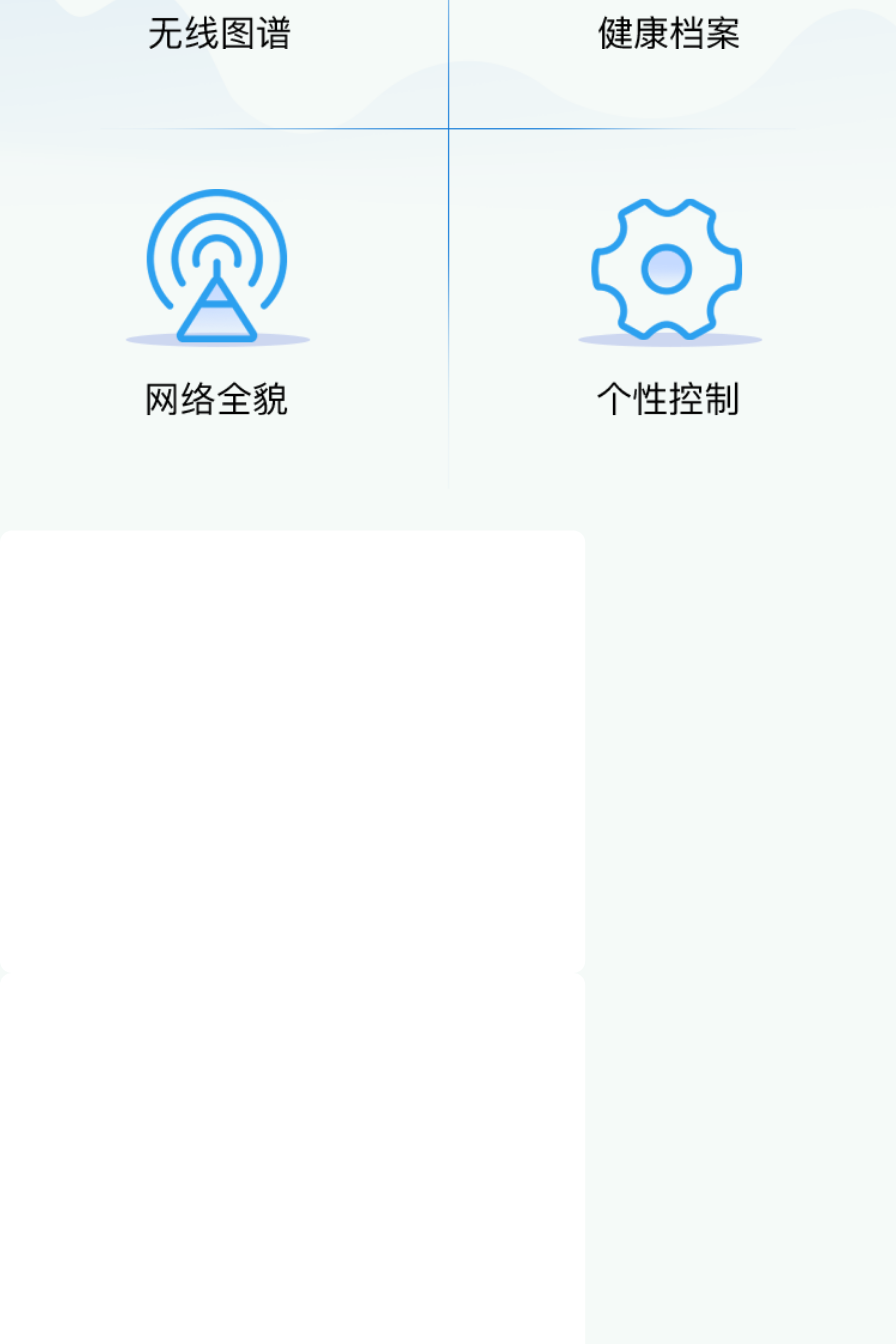
Repository: wangbiaozy/8.24
Page: index.html
An editor plug-in stored every save of this project. The page is shown before and after the next save, followed by the edit.
The browser window is 1280 px wide. The pictures show the part of the page from y = 1300 to 3220 px (the page is 3321 px tall), at 70% of full size.

Above is the page before, as saved 2018-08-22 15:06:52.

### index.html
<!DOCTYPE html>
<html lang="en">
<head>
    <meta charset="UTF-8">
    <meta name="viewport"
          content="width=device-width, user-scalable=no, initial-scale=1.0, maximum-scale=1.0, minimum-scale=1.0">
    <title>Title</title>
    <link rel="stylesheet" href="css/reset.min.css">
    <link rel="stylesheet/less" href="css/styles.less">
    <script src="js/less-1.7.0.min.js"></script>
</head>
<body>
    <header>
        <div class="before">
            <a id="beforeBtn" href="javascript:void(0)"></a>
            <p>您的家庭网络已经<span>365</span>天没有体检了</p>
        </div>
        <div class="check">
            <div class="circle">
                <div class="progress">
                    <p><span>75</span>%</p>
                </div>
            </div>
            <ul class="message move">
                <li>测量设备温度</li>
                <li>获取CPU占用率</li>
                <li>检查无线模块是否开启</li>
            </ul>
            <div class="date">
                <p>已用时间</p>
                <p id="timeText">00:00:10</p>
            </div>
        </div>
        <div class="result">
            <p><span>98</span>分</p>
            <div>
                <ul>
                    <li>
                        <span></span>
                        <p>无线接入设备</p>
                        <p>7个</p>
                    </li>
                    <li class="act">
                        <span></span>
                        <p>无线功能</p>
                        <p>开启</p>
                    </li>
                    <li>
                        <span></span>
                        <p>有线接入设备</p>
                        <p>3个</p>
                    </li>
                </ul>
                <ul>
                    <li>
                        <span></span>
                        <p>持续运行时间</p>
                        <p>3天</p>
                    </li>
                    <li>
                        <span></span>
                        <p>CPU占用率</p>
                        <p>20%</p>
                    </li>
                    <li>
                        <span></span>
                        <p>家庭网关温度</p>
                        <p>75度</p>
                    </li>
                    <li>
                        <span></span>
                        <p>内存占用率</p>
                        <p>20%</p>
                    </li>
                </ul>
            </div>
            <p><a href="">立即优化</a></p>
        </div>
    </header>
    <section>
        <ul>
            <li>
                <a href=""></a>
            </li>
            <li>
                <a href=""></a>
            </li>
            <li>
                <a href=""></a>
            </li>
            <li>
                <a href=""></a>
            </li>
        </ul>
    </section>

    <!-- 弹窗1 -->
    <div class="tc_1"></div>
    <!-- 弹窗2 -->
    <div class="tc_2"></div>
</body>
</html>
<script src="js/jquery-1.10.1.min.js"></script>
<script src="js/circle-progress.min.js"></script>
<script src="js/index.js"></script>

### css/reset.min.css
@charset "utf-8";
/*默认样式清除和初始化*/
body,h1,h2,h3,h4,h5,h6,hr,p,blockquote,dl,dt,dd,ul,ol,li,button,input,textarea,th,td{margin:0;padding:0}body{font-size:12px;font-style:normal;font-family:"\5FAE\8F6F\96C5\9ED1",Helvetica,sans-serif}small{font-size:12px}h1{font-size:18px}h2{font-size:16px}h3{font-size:14px}h4,h5,h6{font-size:100%}ul,ol{list-style:none}a{text-decoration:none;background-color:transparent}a:hover,a:active{outline-width:0;text-decoration:none}table{border-collapse:collapse;border-spacing:0}hr{border:0;height:1px}img{border-style:none}img:not([src]){display:none}svg:not(:root){overflow:hidden}html{-webkit-touch-callout:none;-webkit-text-size-adjust:100%}input,textarea,button,a{-webkit-tap-highlight-color:rgba(0,0,0,0)}article,aside,details,figcaption,figure,footer,header,main,menu,nav,section,summary{display:block}audio,canvas,progress,video{display:inline-block}audio:not([controls]),video:not([controls]){display:none;height:0}progress{vertical-align:baseline}mark{background-color:#ff0;color:#000}sub,sup{position:relative;font-size:75%;line-height:0;vertical-align:baseline}sub{bottom:-0.25em}sup{top:-0.5em}button,input,select,textarea{font-size:100%;outline:0}button,input{overflow:visible}button,select{text-transform:none}textarea{overflow:auto}button,html [type="button"],[type="reset"],[type="submit"]{-webkit-appearance:button}button::-moz-focus-inner,[type="button"]::-moz-focus-inner,[type="reset"]::-moz-focus-inner,[type="submit"]::-moz-focus-inner{border-style:none;padding:0}button:-moz-focusring,[type="button"]:-moz-focusring,[type="reset"]:-moz-focusring,[type="submit"]:-moz-focusring{outline:1px dotted ButtonText}[type="checkbox"],[type="radio"]{box-sizing:border-box;padding:0}[type="number"]::-webkit-inner-spin-button,[type="number"]::-webkit-outer-spin-button{height:auto}[type="search"]{-webkit-appearance:textfield;outline-offset:-2px}[type="search"]::-webkit-search-cancel-button,[type="search"]::-webkit-search-decoration{-webkit-appearance:none}::-webkit-input-placeholder{color:inherit;opacity:.54}::-webkit-file-upload-button{-webkit-appearance:button;font:inherit}.clear:after{display:block;height:0;content:"";clear:both}
*{ -webkit-tap-highlight-color: rgba(0,0,0,0);-webkit-tap-highlight-color: transparent; /* For some Androids */ }

### js/index.js
(function (doc, win) {
    var docEl = doc.documentElement,
        resizeEvt = 'orientationchange' in window ? 'orientationchange' : 'resize',
        recalc = function () {
            var clientWidth = docEl.clientWidth;
            if (!clientWidth) return;
            docEl.style.fontSize = 100 * (clientWidth / 750) + 'px';
        };
    if (!doc.addEventListener) return;
    win.addEventListener(resizeEvt, recalc, false);
    doc.addEventListener('DOMContentLoaded', recalc, false);
})(document, window);
$(function () {

    //一键体检
    $('#beforeBtn').on('click',function(){
        $('.before').hide();
        $('.check').show();
        $('.progress').circleProgress({
            value: 1,
            size: 115,
            startAngle: Math.PI/2,
            thickness: 14,
            animation: {duration:12000},//进度条完成时间（ms）
            fill: {
                gradient: ["#32edfd"]
            },
            //circle-animation-start：	function(event)-event - jQ事件
            //circle-animation-progress：	function(event, animationProgress, stepValue)：-event - jQ事件 animationProgress - 从0.0到1.0stepValue - 当前的步长值，从0.0到value
            //circle-animation-end:	function(event)：-event - jQ事件
        }).on('circle-animation-progress', function (event, progress, stepValue) {
                $(this).find('span').html(parseInt(stepValue.toFixed(2) * 100));
        }).on('circle-animation-end',function(){
            $('.message').removeClass('move');
            stop();
            $('.check').hide();
            $('.result').show();
        });
        start();
        messageMove();
    });


    //检查项滚动
    var messageInnerText = '1111';
    function messageScroll(){
        $('.message').children('li:first-child').remove();
        $('.message').append('<li>'+messageInnerText+'</li>');
        if(!$('.message').hasClass('move')){
            window.clearInterval(timer);
        }
    }
    function messageMove(){
        timer = window.setInterval(messageScroll,500);
    }


    //检测时间
    var hour,minute,second;
    hour=minute=second=0;
    var millisecond=0;
    var int;
    function start(){
        int=setInterval(times,50);
    }
    function times(){
        millisecond=millisecond+50;
        if(millisecond>=1000){
            millisecond=0;
            second=second+1;
        }
        if(second>=60){
            second=0;
            minute=minute+1;
        }

        if(minute>=60){
            minute=0;
            hour=hour+1;
        }
      $('#timeText').text((hour<10?"0"+hour:hour)+':'+(minute<10?"0"+minute:minute)+':'+(second<10?"0"+second:second));
    }
    function stop(){
        window.clearInterval(int);
    }


    //查看详细清单下拉
    $('.arrow').on('click',function(){
        var $this = $(this),
            $listBox = $(this).siblings('div');
        $listBox.slideToggle("normal",function(){
            if($listBox.css('display') === 'block'){
                $this.addClass('act');
                $this.siblings('p').css('opacity','0');
            }else{
                $this.removeClass('act');
                $this.siblings('p').css('opacity','1');
            }
        });
    });



    //网关重启 WIFI开关 LED指示灯开关 查看黑名单
    $('#controlBox').on('click','a',function(){
        var $this = $(this);
        if($this.hasClass('off')){
            $this.removeClass('off');
        }else{
            $this.addClass('off');
        }
    });

    $('#look_blacklist').on('click',function(){
        var $blacklist = $('.blacklist');
        $blacklist.slideToggle('normal',function(){
            if($(this).css('display') === 'block'){
                $('#look_blacklist').addClass('act');
                $('.arrow_m').addClass('act');
            }else{
                $('#look_blacklist').removeClass('act');
                $('.arrow_m').removeClass('act');
            }
        });
    });
});

Loaded but not shown: js/less-1.7.0.min.js (library); js/jquery-1.10.1.min.js (library); js/circle-progress.min.js (library)

After the next save:
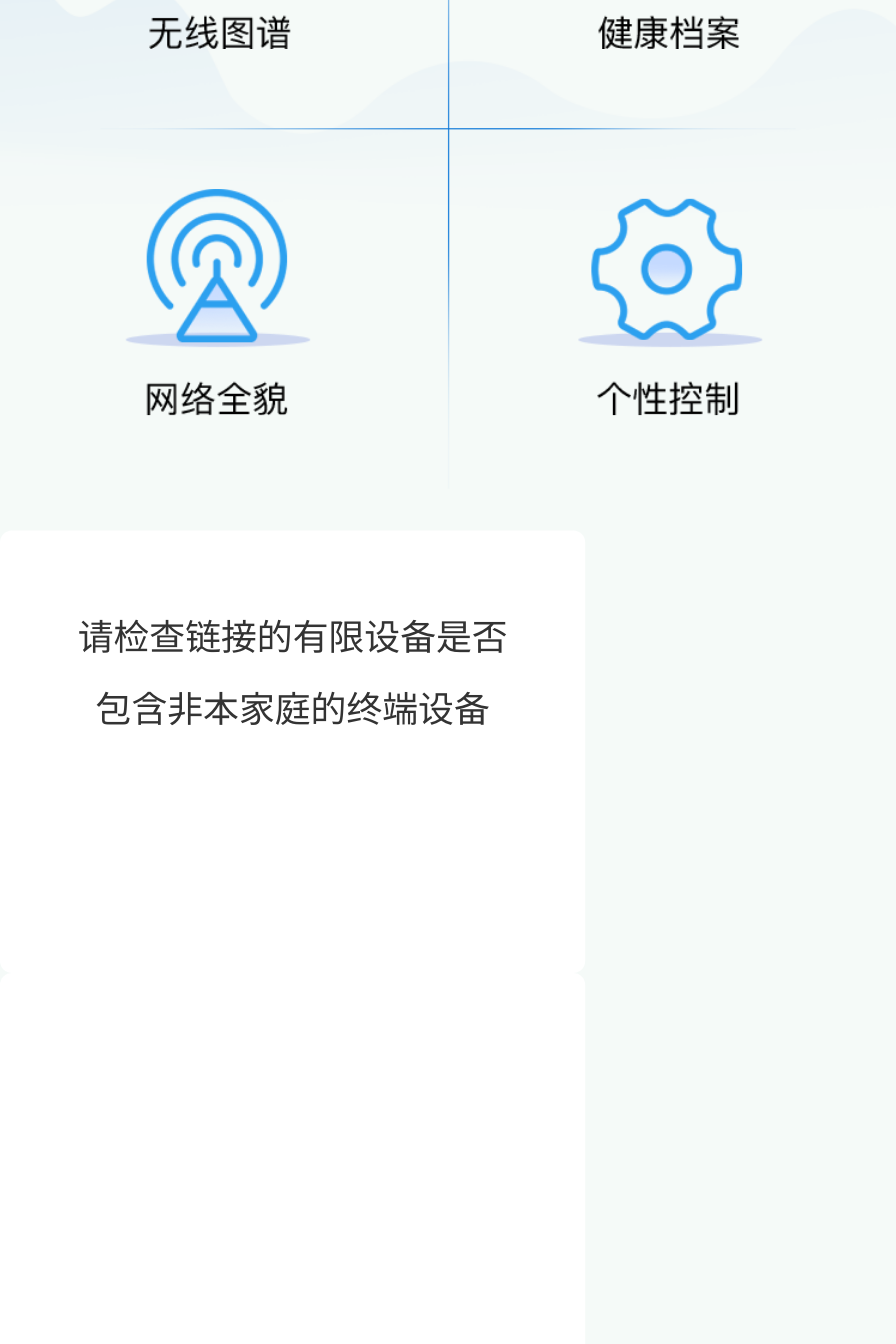
Saved 20 s later.
--- a/index.html
+++ b/index.html
@@ -95,7 +95,9 @@
     </section>
 
     <!-- 弹窗1 -->
-    <div class="tc_1"></div>
+    <div class="tc_1">
+        <p>请检查链接的有限设备是否包含非本家庭的终端设备</p>
+    </div>
     <!-- 弹窗2 -->
     <div class="tc_2"></div>
 </body>
